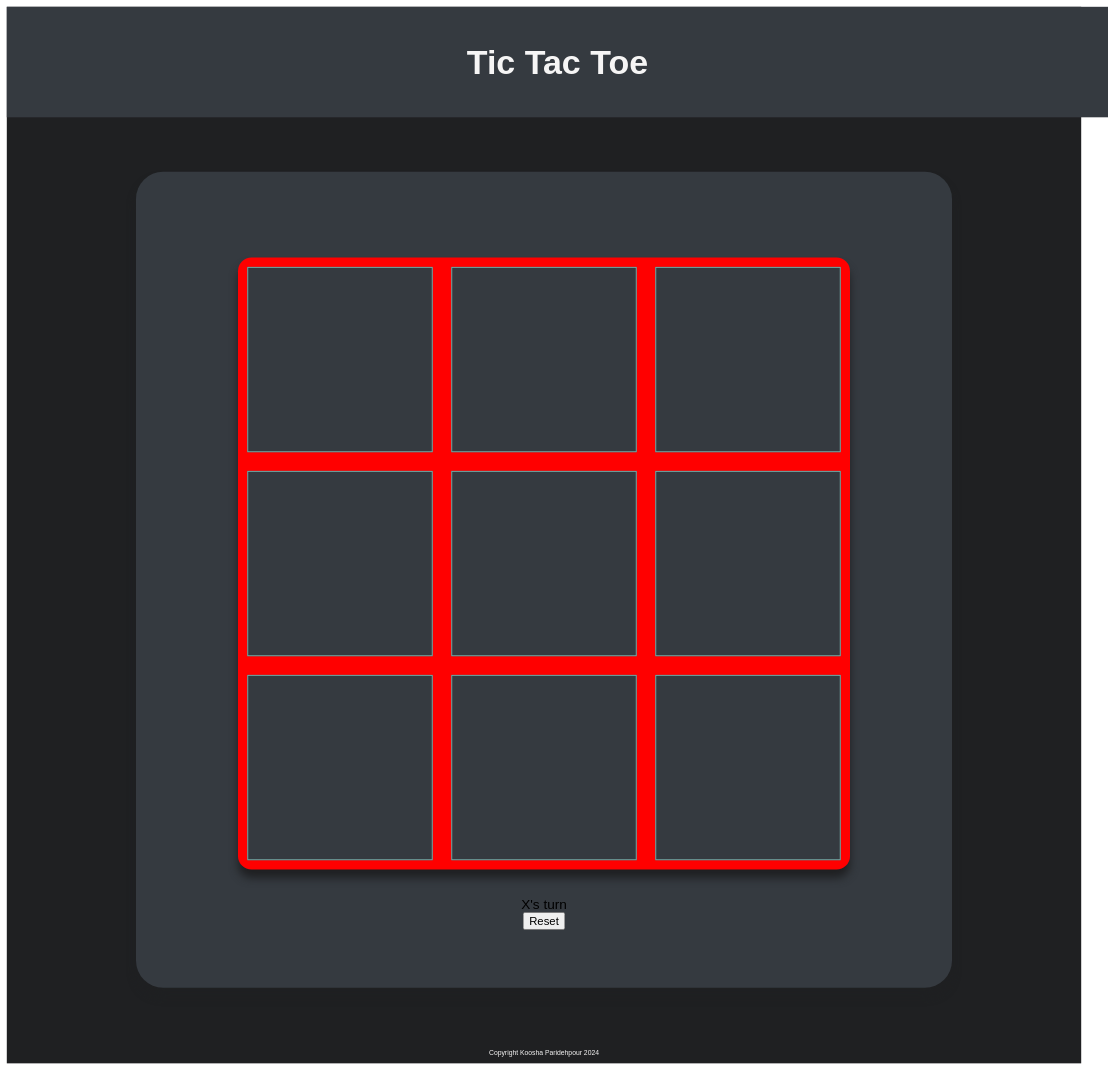
Repository: KooshaPari/odin-TTT
Page: index.html
The author's editor kept a copy of each file at every save. The page is drawn from the files as they stood at one save, then again after the next save.
The browser window is 1280 px wide. The page is 1304 px wide, so the pictures cover 1304 px, including what lies to the right of the window. The pictures show the whole page, at 85% of full size.

Above is the page before, as saved 2024-03-14 22:54:57.

### index.html
<!doctype html>
<html lang="en">
  <head>
    <meta charset="UTF-8" />

    <link rel="stylesheet" href="./style.css" />
    <meta name="viewport" content="width=device-width, initial-scale=1.0" />
    <title>Document</title>
  </head>
  <body>
    <div id="parent">
      <div id="header">
        <h1>Tic Tac Toe</h1>
      </div>
      <div id="body">
        <div id="game">
          <div id="board">
            <div class="square" id="0"></div>
            <div class="square" id="1"></div>
            <div class="square" id="2"></div>
            <div class="square" id="3"></div>
            <div class="square" id="4"></div>
            <div class="square" id="5"></div>
            <div class="square" id="6"></div>
            <div class="square" id="7"></div>
            <div class="square" id="8"></div>
          </div>
          <div id="status">X's turn</div>
          <button id="reset">Reset</button>
        </div>
      </div>
      <div id="footer">
        <p>Copyright Koosha Paridehpour 2024</p>
      </div>
    </div>
  </body>
</html>

### style.css
* {
  font-family: sans-serif;
}
#parent {
  background-color: #1f2022;
  width: 100%;
  height: 100%;
}
#header {
  background-color: #353a40;
  padding: 1.25%;
  width: 100%;
  height: 100%;
}
#header h1 {
  color: #f6f5f5;

  font-size: 2.5em;
}
#footer p {
  color: #f6f5f5;
  font-size: 0.5em;
}

#header,
#footer,
#body {
  display: flex;
  align-items: center;
  justify-content: center;
}
#title {
  color: #f6f5f5;
}
#body {
  flex-direction: column;
}
#game {
  transition: 2.5s ease-in-out;
  display: flex;
  flex-direction: column;
  justify-content: center;
  align-items: center;
  background-color: #353a40;
  border-radius: 2em;
  margin: 5vw;
  box-shadow: 0px 10px 10px #1f2022;
  width: 75vw;
  height: 75vw;
  -webkit-border-radius: 2em;
  -moz-border-radius: 2em;
  -ms-border-radius: 2em;
  -o-border-radius: 2em;
  -webkit-transition: 2.5s ease-in-out;
  -moz-transition: 2.5s ease-in-out;
  -ms-transition: 2.5s ease-in-out;
  -o-transition: 2.5s ease-in-out;
}
#board {
  display: grid;
  grid-template-columns: 1fr 1fr 1fr;
  width: 75%;
  transition: 1s ease-in-out;
  height: 75%;
  background-color: #1f2022;
  border-radius: 1em;
  margin: 2em;
  background-color: red;
  align-items: center;
  justify-content: center;
  box-shadow: 0px 10px 10px #1f2022;
  -webkit-border-radius: 1em;
  -moz-border-radius: 1em;
  -ms-border-radius: 1em;
  -o-border-radius: 1em;
  -webkit-transition: 1s ease-in-out;
  -moz-transition: 1s ease-in-out;
  -ms-transition: 1s ease-in-out;
  -o-transition: 1s ease-in-out;
}
#board:hover {
  transform: scale(1.025) translate(0, -1em);
  transition: 0.5s ease-in-out;
  -webkit-transform: scale(1.025) translate(0, -1em);
  -moz-transform: scale(1.025) translate(0, -1em);
  -ms-transform: scale(1.025) translate(0, -1em);
  -o-transform: scale(1.025) translate(0, -1em);
  -webkit-transition: 0.5s ease-in-out;
  -moz-transition: 0.5s ease-in-out;
  -ms-transition: 0.5s ease-in-out;
  -o-transition: 0.5s ease-in-out;
}
#game:hover {
  transform: scale(1.05) translate(0, -0.5em);
  transition: 10s ease-in-out;
  -webkit-transform: scale(1.05) translate(0, -0.5em);
  -moz-transform: scale(1.05) translate(0, -0.5em);
  -ms-transform: scale(1.05) translate(0, -0.5em);
  -o-transform: scale(1.05) translate(0, -0.5em);
  -webkit-transition: 10s ease-in-out;
  -moz-transition: 10s ease-in-out;
  -ms-transition: 10s ease-in-out;
  -o-transition: 10s ease-in-out;
}
.square {
  justify-self: center;
  border: 0.1px solid #7ebab5;
  width: 90%;
  height: 90%;
  background-color: #353a40;
}

After the next save:
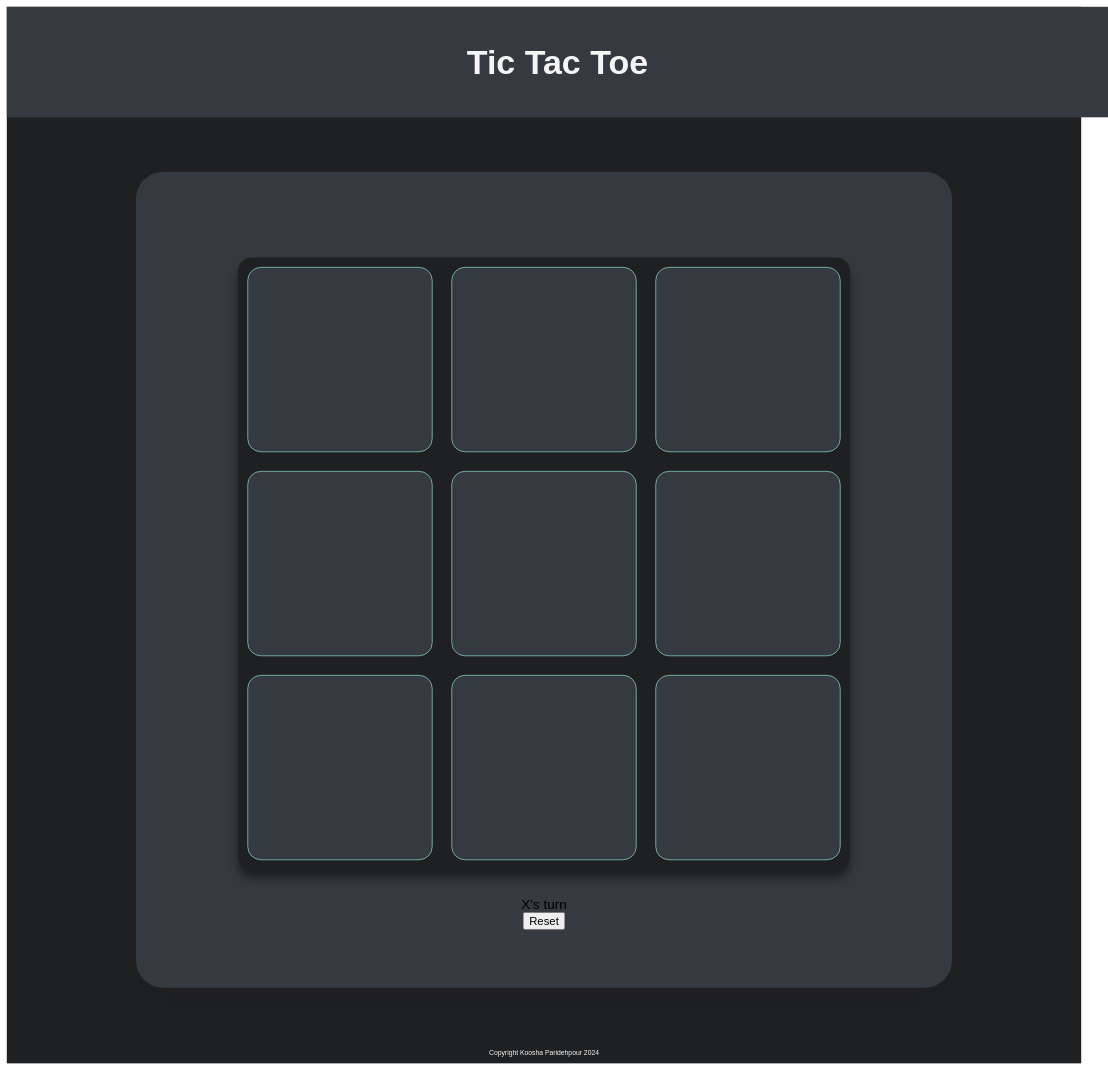
Saved 35 s later.
--- a/style.css
+++ b/style.css
@@ -65,7 +65,7 @@
   background-color: #1f2022;
   border-radius: 1em;
   margin: 2em;
-  background-color: red;
+
   align-items: center;
   justify-content: center;
   box-shadow: 0px 10px 10px #1f2022;
@@ -106,6 +106,7 @@
   justify-self: center;
   border: 0.1px solid #7ebab5;
   width: 90%;
+  border-radius: 1em;
   height: 90%;
   background-color: #353a40;
 }
